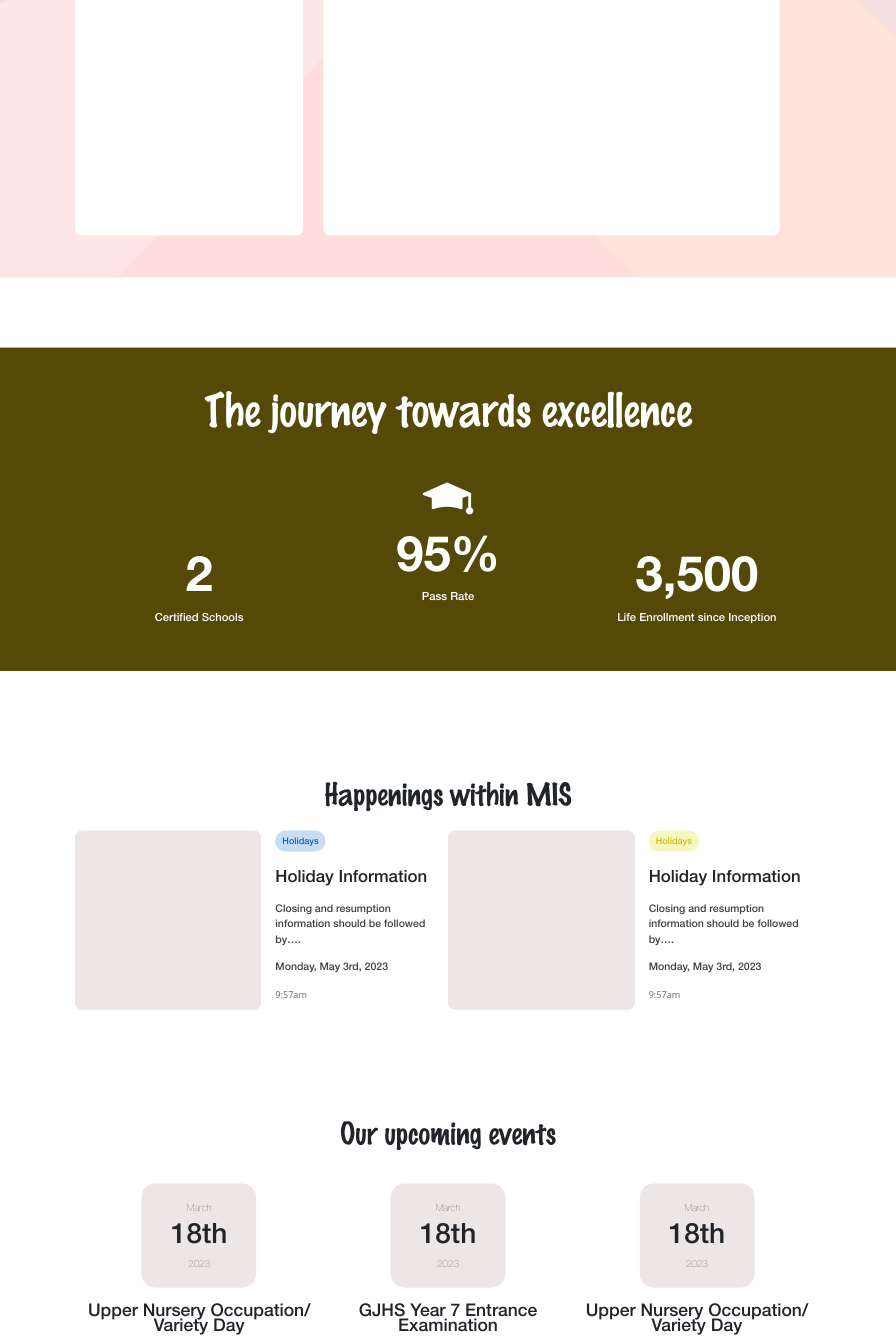
Repository: sarahnnanyelugo/MIGS
Page: /
These files come from the project's save history. The page is drawn as it stood at one moment and after the next save; the edit follows.
The browser window is 1280 px wide. The pictures show the part of the page from y = 3561 to 5481 px (the page is 5481 px tall), at 70% of full size.
The project was rebuilt for these pictures with package versions that can differ from the ones it lists, and the page was loaded fresh each time.

Above is the page before, as saved 2023-05-30 14:13:56.

After the next save:
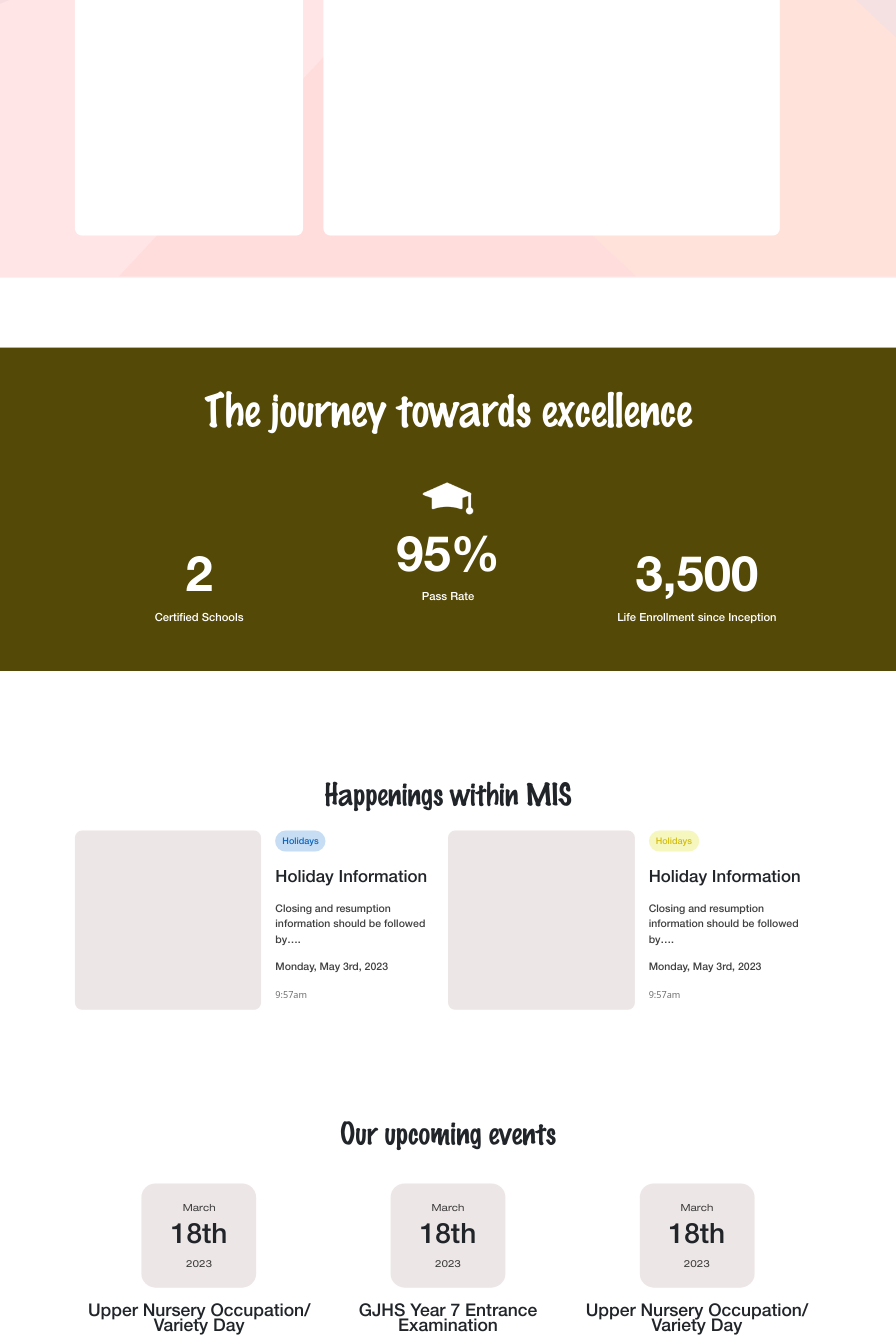
Saved 80 s later.
--- a/src/App.scss
+++ b/src/App.scss
@@ -12,7 +12,8 @@
 }
 @font-face {
   font-family: helveticaR;
-  src: url(./assets/fonts/helvetica/HelveticaNeueRegular.ttf);
+  // src: url(./assets/fonts/helvetica/HelveticaNeueRegular.ttf);
+  src: url(./assets/fonts/helvetica/HelveticaNeue-Extended.otf);
 }
 
 h1,
